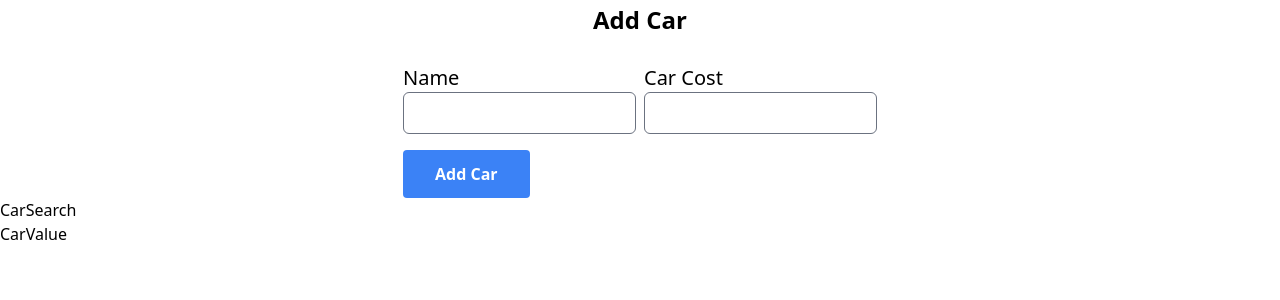
Repository: Marhamat92/carsappreduxtoolkit
Page: /
The author's editor kept a copy of each file at every save. The page is drawn from the files as they stood at one save, then again after the next save.
The browser window is 1280 px wide. The pictures show the whole page.
The project was rebuilt for these pictures with package versions that can differ from the ones it lists, and the page was loaded fresh each time.

Above is the page before, as saved 2023-01-23 23:02:27.

### src/index.js
import React from 'react';
import ReactDOM from 'react-dom/client';
import './index.css';
import App from './App';
import { Provider } from 'react-redux';
import { store } from './store'


const root = ReactDOM.createRoot(document.getElementById('root'));
root.render(
  <Provider store={store}>
    <App />
  </Provider>
);

### src/App.js
import CarForm from "./components/CarForm";
import CarList from "./components/CarList";
import CarSearch from "./components/CarSearch";
import CarValue from "./components/CarValue";


function App() {
  return (
    <div className="container mx-auto">
      <CarForm />
      <CarSearch />
      <CarList />
      <CarValue />
    </div>
  );
}

export default App;

### src/store/index.js
import { configureStore } from "@reduxjs/toolkit";
import {
  carsReducer,
  addCar,
  removeCar,
  changeSearchTerm,
} from "./slices/carsSlice";
import { formReducer, changeName, changeCost } from "./slices/formSlice";

const store = configureStore({
  reducer: {
    cars: carsReducer,
    form: formReducer,
  },
})

export { store, addCar, removeCar, changeSearchTerm, changeName, changeCost };

### src/components/CarForm.js
import React from 'react'
import { useDispatch, useSelector } from 'react-redux'
import { changeName, changeCost, addCar } from '../store'



function CarForm() {
  const dispatch = useDispatch(); // this is the hook that allows us to dispatch actions to the store
  const { name, cost } = useSelector((state) => { // this is the hook that allows us to access the store
    return {
      name: state.form.name,
      cost: state.form.cost
    }
  })


  const handleNameChange = (e) => {
    dispatch(changeName(e.target.value))
  }

  const handleCostChange = (e) => {
    const carCost = parseInt(e.target.value) || 0;
    dispatch(changeCost(carCost))

  }


  const handleSubmit = (e) => {
    e.preventDefault();
    dispatch(addCar({ name, cost }))
  }



  return (
    <div className='flex flex-col items-center justify-center'>
      <h1 className='font-bold text-2xl py-1' >Add Car</h1>
      <div className='mt-6'>
        <form onSubmit={handleSubmit} className=''>
          <div className='flex flex-row space-x-2'>
            <div className='flex flex-col'>
              <label className='text-xl' htmlFor='make'>Name</label>
              <input className=' border border-gray-500 rounded-md py-2

              ' value={name} onChange={handleNameChange} type='text' name='carName' id='carName' />
            </div>
            <div className='flex flex-col'>
              <label className='text-xl' htmlFor='price'>Car Cost</label>
              <input className=' border border-gray-500 rounded-md py-2

              ' value={cost || ''} onChange={handleCostChange} type='number' name='price' id='price' />
            </div>
          </div>
          <button className='bg-blue-500 hover:bg-blue-700 text-white font-bold py-3  px-8 rounded mt-4' type='submit'>Add Car</button>
        </form>
      </div>
    </div>
  )
}

export default CarForm

### src/components/CarList.js
import React from 'react'
import { useSelector, useDispatch } from 'react-redux'
import { removeCar } from '../store'


function CarList() {


  const dispatch = useDispatch();

  const cars = useSelector((state) => {
    return state.cars.data;
  })

  const handleDeleteCar = (car) => {
    dispatch(removeCar(car.id))
  }



  const renderedCars = cars.map((car) => {
    return (
      <div className='flex space-x-3 space-y-3 items-center' key={car.id}>
        <p className='text-3xl' >{car.name} - ${car.cost}</p>
        <button onClick={() => handleDeleteCar(car)} className='bg-red-500 px-4 py-2 text-3xl rounded-md'>
          Remove
        </button>
      </div>
    )
  })




  return (
    <div>{renderedCars}</div>
  )
}

export default CarList

### src/components/CarSearch.js
import React from 'react'

function CarSearch() {
  return (
    <div>CarSearch</div>
  )
}

export default CarSearch

### src/components/CarValue.js
import React from 'react'

function CarValue() {
  return (
    <div>CarValue</div>
  )
}

export default CarValue

### src/store/slices/carsSlice.js
import { createSlice, nanoid } from '@reduxjs/toolkit';

const carsSlice = createSlice({
  name: 'cars',
  initialState: {
    data: [],
    searchTerm: ''
  },
  reducers: {
    changeSearchTerm(state, action) {
      state.searchTerm = action.payload;
    },
    addCar(state, action) {
      //Assumption:
      //action.payload is an object with the following properties:
      //name, cost, id
      state.data.push({
        name: action.payload.name,
        cost: action.payload.cost,
        id: nanoid()
      })
    },
    removeCar(state, action) {
      //Assumption:
      //action.payload is the id of the car to remove
      const updatedCars = state.data.filter((car) => {
        return car.id !== action.payload;
      })
      state.data = updatedCars;
    }

  }
})

export const { changeSearchTerm, addCar, removeCar } = carsSlice.actions;
export const carsReducer = carsSlice.reducer;

### src/store/slices/formSlice.js
import { createSlice } from '@reduxjs/toolkit';

const formSlice = createSlice({
  name: 'form',
  initialState: {
    name: '',
    cost: 0
  },
  reducers: {
    changeName(state, action) {
      state.name = action.payload;
    },
    changeCost(state, action) {
      state.cost = action.payload;
    }
  }
})

export const { changeName, changeCost } = formSlice.actions;
export const formReducer = formSlice.reducer;

Loaded but not shown: public/index.html (common file); src/index.css (common file); tailwind.config.js (common file)

After the next save:
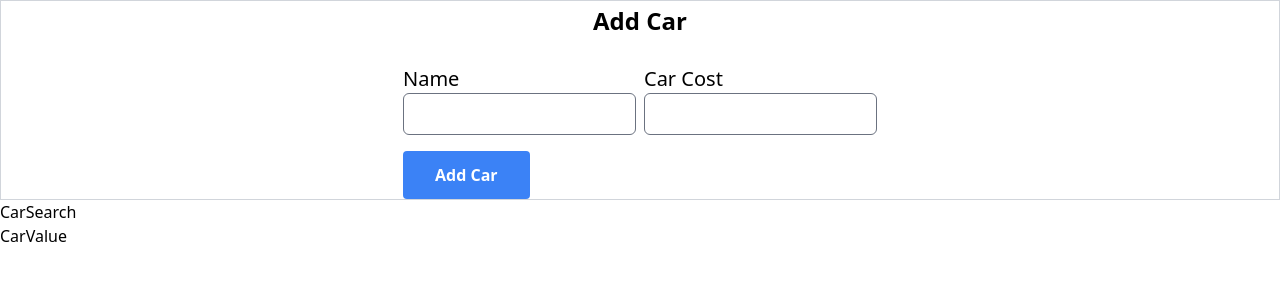
Saved 43 s later.
--- a/src/components/CarForm.js
+++ b/src/components/CarForm.js
@@ -33,7 +33,7 @@ function CarForm() {
 
 
   return (
-    <div className='flex flex-col items-center justify-center'>
+    <div className='flex flex-col items-center justify-center border border-gray-300'>
       <h1 className='font-bold text-2xl py-1' >Add Car</h1>
       <div className='mt-6'>
         <form onSubmit={handleSubmit} className=''>
